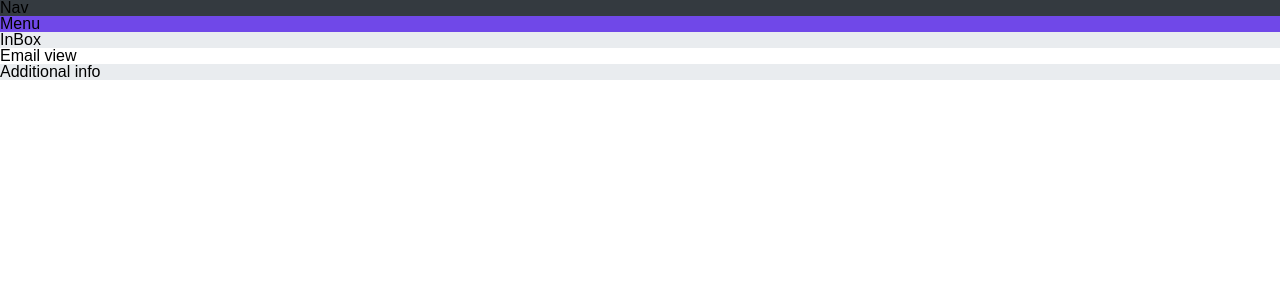
Repository: Ahmed123rezk123/06-Components
Page: app-layout.html
An editor plug-in stored every save of this project. The page is shown before and after the next save, followed by the edit.
The browser window is 1280 px wide. The pictures show the whole page.

Above is the page before, as saved 2024-09-18 10:31:18.

After the next save:
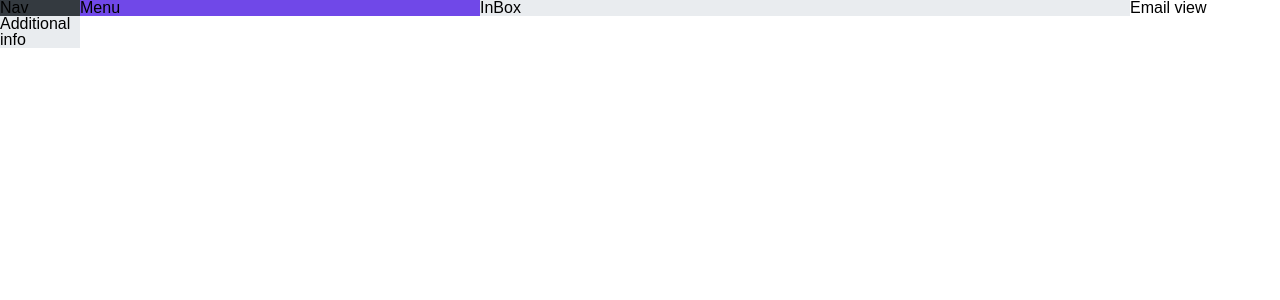
Saved 29 s later.
--- a/app-layout.html
+++ b/app-layout.html
@@ -24,6 +24,7 @@
         background-color: #f8f9fa; */
         line-height: 1;
         display: grid;
+        grid-template-columns: 80px 400px 1fr 150px;
       }
       nav {
         background-color: #343a40;
